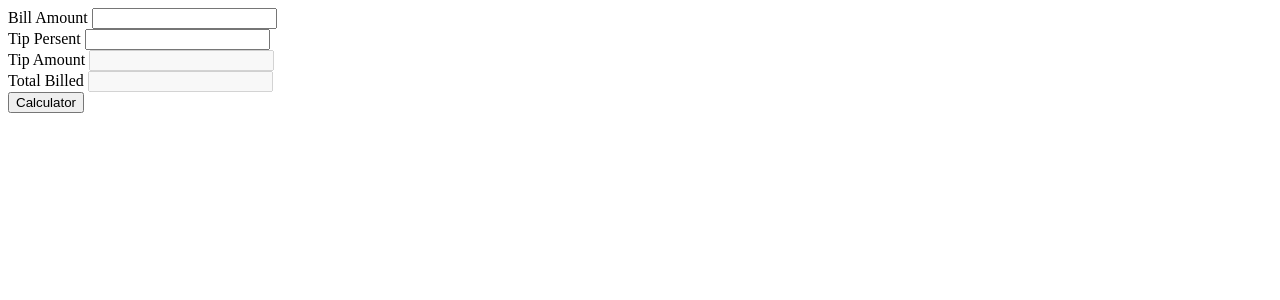
Repository: ZainAkbar51214/Tip-Calculator
Page: index.html
The author's editor kept a copy of each file at every save. The page is drawn from the files as they stood at one save, then again after the next save.
The browser window is 1280 px wide. The pictures show the whole page.

Above is the page before, as saved 2024-03-25 09:53:00.

After the next save:
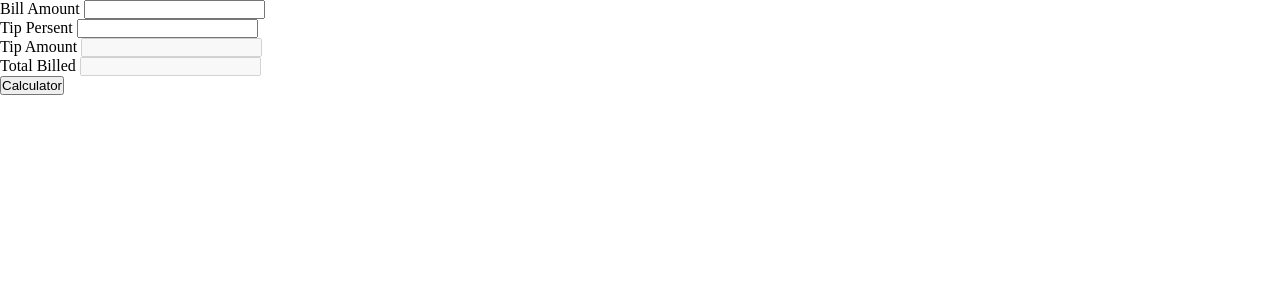
Saved 23 s later.
--- a/index.html
+++ b/index.html
@@ -5,6 +5,8 @@
     <meta charset="UTF-8">
     <meta name="viewport" content="width=device-width, initial-scale=1.0">
     <title>Tip Calculator</title>
+    <!-- css custom link -->
+    <link rel="stylesheet" href="css/style.css">
 </head>
 
 <body>
